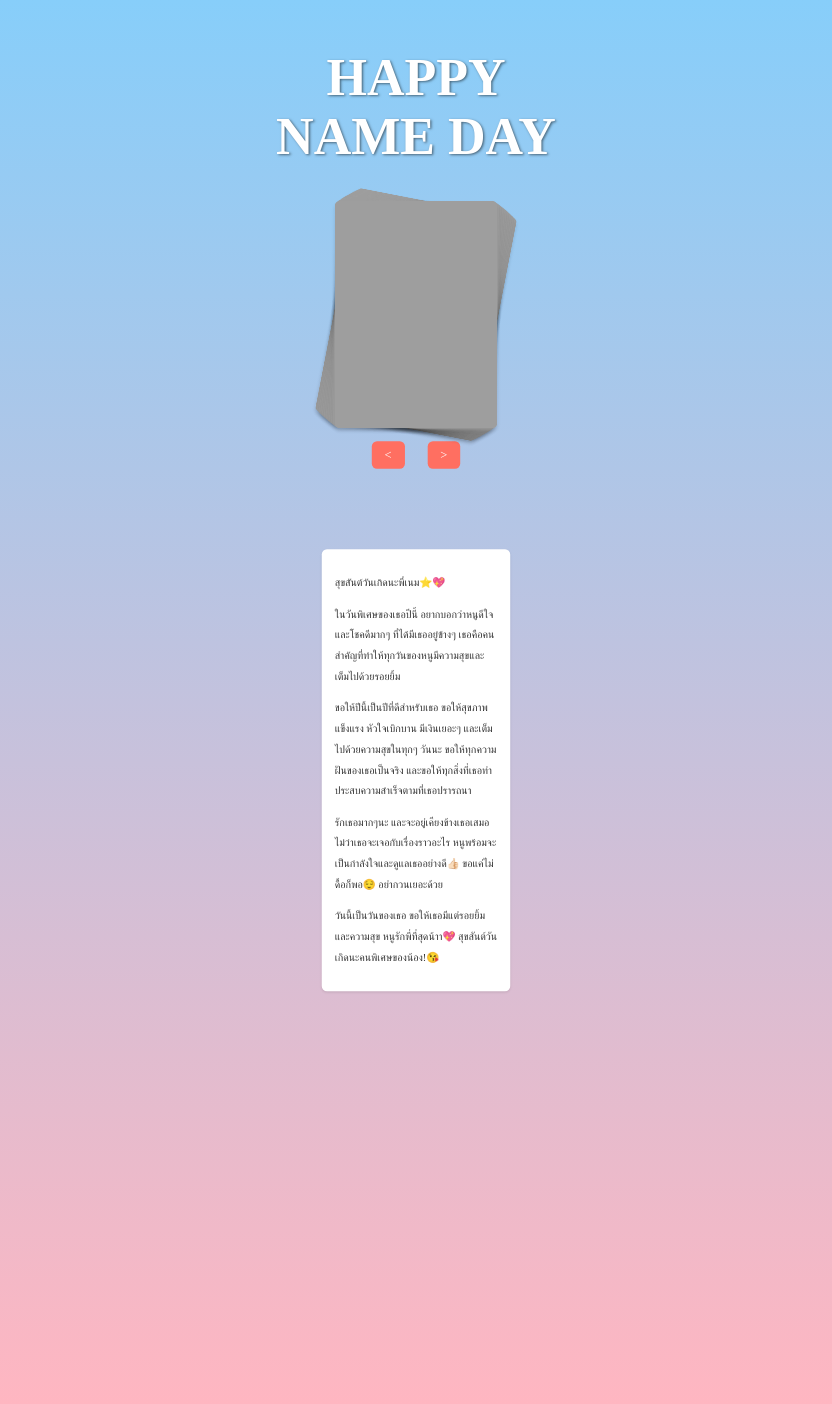
Repository: naps00/BIRTHDAY
Page: /details
The author's editor kept a copy of each file at every save. The page is drawn from the files as they stood at one save, then again after the next save.
The browser window is 1280 px wide. The pictures show the whole page, at 65% of full size.
Pictures or frames that could not be fetched are drawn as grey boxes. The project was rebuilt for these pictures with package versions that can differ from the ones it lists, and the page was loaded fresh each time.

Above is the page before, as saved 2024-12-12 20:21:13.

### src/App.js
import React, { useState } from 'react';
import { BrowserRouter as Router, Route, Routes, Link } from 'react-router-dom';
import './App.css';
import Details from './details.js'; // นำเข้า Details.js

function Home() {
  const [showModal, setShowModal] = useState(false);

  // เมื่อวีดีโอจบ ให้แสดง modal
  const handleVideoEnd = () => {
    setShowModal(true);
  };

  return (
    <div className="App">
      <div className="container">
        <div className="text-section" style={{ flex: 1, display: 'flex', flexDirection: 'column', justifyContent: 'center', alignItems: 'center', textAlign: 'center', height: '100vh', color: 'black', fontSize: 'calc(3vw + 0vh)', fontWeight: 'bold' }}>
          <h2>HAPPY BIRTHDAY !!</h2>
          <p>MY LOVE ♡ </p>
          <img src="https://img2.pic.in.th/pic/fc8c0bdfae313c2ffd700a21b05915d6-removebg-preview.png" alt="Happy Birthday Decoration" style={{width: '200px', height: '200PX' }} />
        </div>

        <div className="video-section">
          <video
            className="video-player"
            controls
            onEnded={handleVideoEnd}
          >
            <source src="https://v1.pinimg.com/videos/mc/720p/3d/2a/3c/3d2a3ca4078af4f14258938781ed5f8e.mp4" type="video/mp4" />
            Your browser does not support the video tag.
          </video>
        </div>
      </div>

      {/* Modal */}
      {showModal && (
        <div className="modal-backdrop">
          <div className="modal-content">
            <h2>Are you ready?</h2>
            {/* เปลี่ยนปุ่ม "ปิด" ให้เป็นลิงค์ไปยังหน้า /details */}
            <Link to="/details">
              <button className="pulse">GO !!</button>
            </Link>
          </div>
        </div>
      )}

      {/* เพิ่มอิโมจิที่วิ้งๆ */}
      <div className="emoji">🌟</div>
      <div className="emoji2">✨</div>
      <div className="emoji3">💕</div>

    </div>
  );
}

function App() {
  return (
    <Router>
      <Routes>
        <Route path="/" element={<Home />} />
        <Route path="/details" element={<Details />} /> {/* เพิ่มเส้นทางสำหรับหน้า /details */}
      </Routes>
    </Router>
  );
}

export default App;

### src/App.css
/* การจัด layout ของแอปพลิเคชัน */
.App {
  background-color: white;
  min-height: 100vh;
  display: flex;
  justify-content: center;
  align-items: center;
}

/* ส่วนที่ใช้จัด layout */
.container {
  display: flex;
  flex-direction: row; /* แบ่งพื้นที่ออกเป็น 2 ส่วน */
  width: 100%;
  height: 100vh;
}

/* ส่วนข้อความ */
.text-section {
  flex: 1;
  display: flex;
  flex-direction: column;
  justify-content: center;
  align-items: center;
  padding: 20px;
  background-color: #f9f9f9;
}

.text-section h1 {
  margin-bottom: 20px;
}

/* ส่วนวีดีโอ */
.video-section {
  flex: 1;
  display: flex;
  justify-content: center;
  align-items: center;
  background-color: #000;
}

.video-player {
  width: 100%; /* ให้วีดีโอเต็มความกว้าง */
  height: 100%; /* ให้วีดีโอเต็มความสูง */
  object-fit: cover; /* ปรับวีดีโอให้เต็มพื้นที่โดยไม่เสียสัดส่วน */

/* การแสดง modal */
}
.modal-backdrop {
  position: fixed;
  top: 0;
  left: 0;
  width: 100%;
  height: 100%;
  background: rgba(0, 0, 0, 0.7);
  display: flex;
  justify-content: center;
  align-items: center;
  z-index: 100; /* ทำให้ modal อยู่เหนือสิ่งอื่น */
  animation: fadeInPop 0.5s ease-out;
}

/* เพิ่ม z-index ให้ modal-content */
.modal-content {
  background: white;
  padding: 20px;
  border-radius: 10px;
  text-align: center;
  box-shadow: 0 2px 10px rgba(0, 0, 0, 0.3);
  animation: slideUp 0.3s ease-out;
  z-index: 101; /* ทำให้เนื้อหาของ modal อยู่เหนือ backdrop */
}

/* การแอนิเมชัน fade-in และ pop-up สำหรับ modal backdrop */
@keyframes fadeInPop {
  0% {
    opacity: 0;
    transform: scale(0.8);
  }
  100% {
    opacity: 1;
    transform: scale(1);
  }
}

body {
  font-family: 'Coiny', cursive;
  margin: 0;
  padding: 0;
  box-sizing: border-box;
  background-color: #fef9ef;
  color: #333;
}

h1, h2, p {
  font-family: 'Coiny', cursive; /* ฟอนต์ใหม่สำหรับข้อความ */
}

button {
  font-family: 'Coiny', cursive;
  font-size: 1.2rem;
  background-color: #ff6f61;
  color: #fff;
  padding: 10px 20px;
  border: none;
  border-radius: 8px;
  cursor: pointer;
  transition: background-color 0.3s ease, transform 0.3s ease;
}

button:hover {
  background-color: #ff3d3d;
  transform: scale(1.1);
}

/* การแอนิเมชัน slide-up สำหรับ modal content */
@keyframes slideUp {
  0% {
    transform: translateY(20px);
    opacity: 0;
  }
  100% {
    transform: translateY(0);
    opacity: 1;
  }
}

.modal-content h2 {
  margin-bottom: 20px;
}

.modal-content button {
  padding: 10px 20px;
  background-color: #007bff;
  color: white;
  border: none;
  border-radius: 5px;
  cursor: pointer;
  transition: transform 0.3s ease, background-color 0.3s ease;
}

/* เอฟเฟกต์เมื่อ hover ปุ่ม */
.modal-content button:hover {
  background-color: #0056b3;
  transform: scale(1.1); /* ขยายขนาดปุ่มเมื่อ hover */
}

/* เอฟเฟกต์การเต้นของปุ่ม */
@keyframes pulse {
  0% {
    transform: scale(1);
    opacity: 1;
  }
  50% {
    transform: scale(1.1);
    opacity: 0.8;
  }
  100% {
    transform: scale(1);
    opacity: 1;
  }
}

.pulse {
  animation: pulse 1.5s infinite;
}

/* อิโมจิวิ้งๆ */
.emoji {
  position: fixed;
  top: 30%;
  right: 50%;
  font-size: 30px;
  animation: smoothBounce 1.4s infinite;
  z-index: 50; /* ทำให้ไอคอนอิโมจิอยู่ใต้ modal */
}
.emoji2 {
  position: fixed;
  top: 18%;
  right: 97%;
  font-size: 30px;
  animation: smoothBounce 1.5s infinite;
  z-index: 50; /* ทำให้ไอคอนอิโมจิอยู่ใต้ modal */
}
.emoji3 {
  position: fixed;
  top: 63%;
  right: 65%;
  font-size: 50px;
  animation: smoothBounce 3s infinite;
  z-index: 50; /* ทำให้ไอคอนอิโมจิอยู่ใต้ modal */
}
/* การกระพิบ */
/* @keyframes fadeInOut {
  0%, 100% {
    opacity: 0;
  }
  50% {
    opacity: 1;
  }
}

.fade {
  animation: fadeInOut 1s infinite;
} */

/* การแอนิเมชันวิ้ง */
@keyframes smoothBounce {
  0%, 100% {
    transform: translateY(0);
    opacity: 1;
  }
  25% {
    transform: translateY(-1px);
    opacity: 1;
  }
  50% {
    transform: translateY(-1px);
    opacity: 1;
  }
  75% {
    transform: translateY(5px);
    opacity: 1;
  }
}


/* การแอนิเมชัน zoom-in */
@keyframes zoomIn {
  0% {
    transform: scale(0.8);
    opacity: 0;
  }
  100% {
    transform: scale(1);
    opacity: 1;
  }
}

.zoom-in {
  animation: zoomIn 0.4s ease-out;
}

/* เอฟเฟกต์ fade-in สำหรับเนื้อหาที่โหลด */
.fade-in {
  opacity: 0;
  animation: fadeIn 1s forwards;
}

@keyframes fadeIn {
  from {
    opacity: 0;
  }
  to {
    opacity: 1;
  }
}

### src/details.js
import React, { useState } from 'react';
import { useSwipeable } from 'react-swipeable'; // นำเข้า useSwipeable
import './details.css';

function Details() {
  const images = [
    "https://img2.pic.in.th/pic/C14EEE1A-1C6E-4778-85B7-4833D53D43EB.jpeg",
    "https://img5.pic.in.th/file/secure-sv1/618E6171-BADE-42BC-A018-2EA60935F70F.jpeg",
    "https://img5.pic.in.th/file/secure-sv1/IMG_448429fe121e41b2f430.jpeg",
    "https://img5.pic.in.th/file/secure-sv1/IMG_64786800a538a371f8ae.jpeg",
    "https://img2.pic.in.th/pic/IMG_18254b9a0e0ef262515a.jpeg",
    "https://img2.pic.in.th/pic/IMG_750821c6a0b5848c84f8.jpeg",
    "https://img2.pic.in.th/pic/IMG_217360495c125ab56c81.jpeg",
    "https://img5.pic.in.th/file/secure-sv1/IMG_79057ffcc3e4b6cb96bc.jpeg",
    "https://img2.pic.in.th/pic/IMG_7834161695a4292d3799.jpeg",
    "https://img5.pic.in.th/file/secure-sv1/IMG_7833a600a5964cb97987.jpeg",
    "https://img5.pic.in.th/file/secure-sv1/IMG_7669dbd275c5d25b60ea.jpeg",
    "https://img2.pic.in.th/pic/IMG_791818c257fcaec84a84.jpeg"
  ];

  const [currentIndex, setCurrentIndex] = useState(0);

  const handlers = useSwipeable({
    onSwipedLeft: () => handleNext(),
    onSwipedRight: () => handlePrev(),
    preventDefaultTouchmoveEvent: true,
    trackMouse: true
  });

  const handleNext = () => {
    setCurrentIndex((currentIndex + 1) % images.length);
  };

  const handlePrev = () => {
    setCurrentIndex((currentIndex - 1 + images.length) % images.length);
  };

  return (
    <div className="details-page" style={{ overflowY: 'auto', maxHeight: '100vh', padding: '20px' }}>
      <div className="header-text" style={{ textAlign: 'center' }}>
        <h1>HAPPY <br /> NAME DAY</h1>
      </div>

      <div className="card-stack" {...handlers} style={{ position: 'relative', height: '350px', marginBottom: '20px' }}>
        {images.map((src, index) => {
          const zIndex = images.length - Math.abs(currentIndex - index);
          const rotation = (index - currentIndex) * 1; // การหมุนภาพ
          const offset = (index - currentIndex) * 0; // ระยะเลื่อน

          return (
            <img
              key={index}
              src={src}
              alt={`Slide ${index + 1}`}
              className="card"
              style={{
                zIndex: zIndex,
                position: 'absolute',
                left: '50%',
                top: '50%',
                transform: `translate(-50%, -50%) rotate(${rotation}deg)`,
                marginTop: `${offset}px`,
                width: '250px',
                height: '350px',
                borderRadius: '8px',
                boxShadow: '0 4px 6px rgba(0, 0, 0, 0.1)',
              }}
            />
          );
        })}
      </div>

      <div className="controls" style={{ textAlign: 'center', marginTop: '0px' }}>
        <button onClick={handlePrev} style={{ margin: '0 10px', padding: '10px 20px' }}>
          &lt;
        </button>
        <button onClick={handleNext} style={{ margin: '0 10px', padding: '10px 20px' }}>
          &gt;
        </button>
      </div>
      <div
        className="card-message"
        style={{
          margin: '10%',
          width: '100%',
          maxWidth: '250px',
          padding: '20px',
          borderRadius: '8px',
          backgroundColor: '#fff',
          boxShadow: '0 2px 4px rgba(0, 0, 0, 0.1)',
          textAlign: 'left',
          fontSize: '16px',
          lineHeight: '2',
          whiteSpace: 'pre-line',
        }}
      >
  <p>สุขสันต์วันเกิดนะพี่เนม⭐️💖</p>

  <p>
      ในวันพิเศษของเธอปีนี้ อยากบอกว่าหนูดีใจและโชคดีมากๆ ที่ได้มีเธออยู่ข้างๆ
    เธอคือคนสำคัญที่ทำให้ทุกวันของหนูมีความสุขและเต็มไปด้วยรอยยิ้ม
  </p>

  <p>
      ขอให้ปีนี้เป็นปีที่ดีสำหรับเธอ ขอให้สุขภาพแข็งแรง หัวใจเบิกบาน
    มีเงินเยอะๆ และเต็มไปด้วยความสุขในทุกๆ วันนะ ขอให้ทุกความฝันของเธอเป็นจริง
    และขอให้ทุกสิ่งที่เธอทำประสบความสำเร็จตามที่เธอปรารถนา
  </p>

  <p>
      รักเธอมากๆนะ และจะอยู่เคียงข้างเธอเสมอ ไม่ว่าเธอจะเจอกับเรื่องราวอะไร
    หนูพร้อมจะเป็นกำลังใจและดูแลเธออย่างดี👍🏻 ขอแค่ไม่ดื้อก็พอ😌 อย่ากวนเยอะด้วย
  </p>

  <p>
      วันนี้เป็นวันของเธอ ขอให้เธอมีแต่รอยยิ้มและความสุข หนูรักพี่ที่สุดน้าา💖
    สุขสันต์วันเกิดนะคนพิเศษของน้อง!😘
  </p>


      </div>


      <audio autoPlay loop>
        <source src="https://www.soundhelix.com/examples/mp3/SoundHelix-Song-1.mp3" type="audio/mp3" />
        Your browser does not support the audio element.
      </audio>
    </div>
  );
}

export default Details;

### src/details.css
.details-page {
  display: flex;
  flex-direction: column;
  align-items: center;
  justify-content: flex-start;
  min-height: 300vh; /* กำหนดความสูงขั้นต่ำ */
  background: linear-gradient(to bottom, #87CEFA, #FFB6C1);
  padding: 40px; /* เพิ่มระยะห่างจากขอบ */
  overflow-y: auto; /* ให้เลื่อนแนวตั้งได้ */
  box-sizing: border-box;
}

.card-stack {
  position: relative;
  width: 100%; /* ใช้พื้นที่เต็มความกว้าง */
  max-width: 400px; /* จำกัดขนาดความกว้าง */
  display: flex;
  flex-direction: column; /* จัดเรียงแนวตั้ง */
  align-items: center;
  gap: 20px; /* ระยะห่างระหว่างแต่ละรูป */
}
.header-text {
  text-align: center;
  color: white;
  text-shadow: 2px 2px 4px rgba(0, 0, 0, 0.5);
  font-size: 2.5rem;
}
.card {
  width: 200px; /* เพิ่มขนาดความกว้าง */
  height: 300px; /* เพิ่มขนาดความสูง */
  border-radius: 10px;
  box-shadow: 0 4px 8px rgba(0, 0, 0, 0.2);
}
.text-box {
  margin-top: 30px;
  padding: 20px;
  width: 100%;
  max-width: 500px;
  background: #ffffff;
  border: 1px solid #ddd;
  border-radius: 10px;
  box-shadow: 0 4px 8px rgba(0, 0, 0, 0.1);
  text-align: left; /* จัดข้อความให้อยู่ทางซ้าย */
  font-size: 16px; /* ขนาดข้อความ */
  line-height: 1.8; /* ระยะระหว่างบรรทัด */
  color: #333; /* สีตัวอักษร */
  white-space: pre-line; /* รองรับข้อความหลายบรรทัด */
}

.controls {
  margin-top: 10px; /* ระยะห่างระหว่างปุ่มกับข้อความ */
  display: flex;
  justify-content: center;
  gap: 15px; /* เพิ่มระยะห่างระหว่างปุ่ม */
}
.card-message p {
  margin-bottom: 1em; /* เพิ่มระยะห่างระหว่างย่อหน้า */
}

Loaded but not shown: public/index.html (common file); src/index.js (common file); src/index.css (common file); src/reportWebVitals.js (common file)

After the next save:
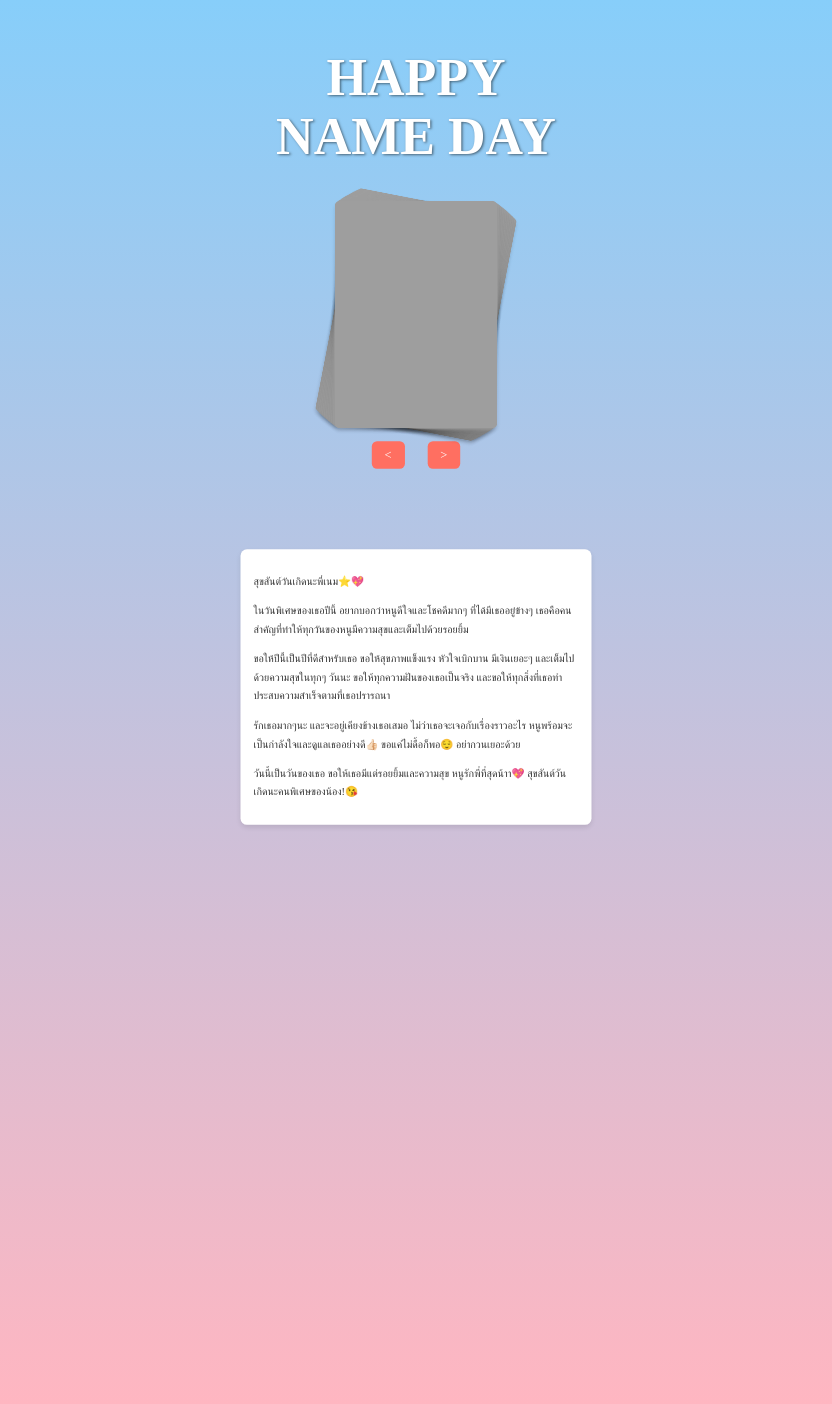
Saved 83 s later.
--- a/src/details.js
+++ b/src/details.js
@@ -82,16 +82,17 @@
         className="card-message"
         style={{
           margin: '10%',
-          width: '100%',
-          maxWidth: '250px',
-          padding: '20px',
-          borderRadius: '8px',
-          backgroundColor: '#fff',
-          boxShadow: '0 2px 4px rgba(0, 0, 0, 0.1)',
-          textAlign: 'left',
-          fontSize: '16px',
-          lineHeight: '2',
-          whiteSpace: 'pre-line',
+    width: '100%',
+    maxWidth: '500px',
+    padding: '20px',
+    borderRadius: '10px',
+    backgroundColor: '#fff',
+    boxShadow: '0 4px 8px rgba(0, 0, 0, 0.1)',
+    textAlign: 'left',
+    fontSize: '16px',
+    lineHeight: '1.8',
+    color: '#333',
+    whiteSpace: 'pre-line',
         }}
       >
   <p>สุขสันต์วันเกิดนะพี่เนม⭐️💖</p>

After the save that followed:
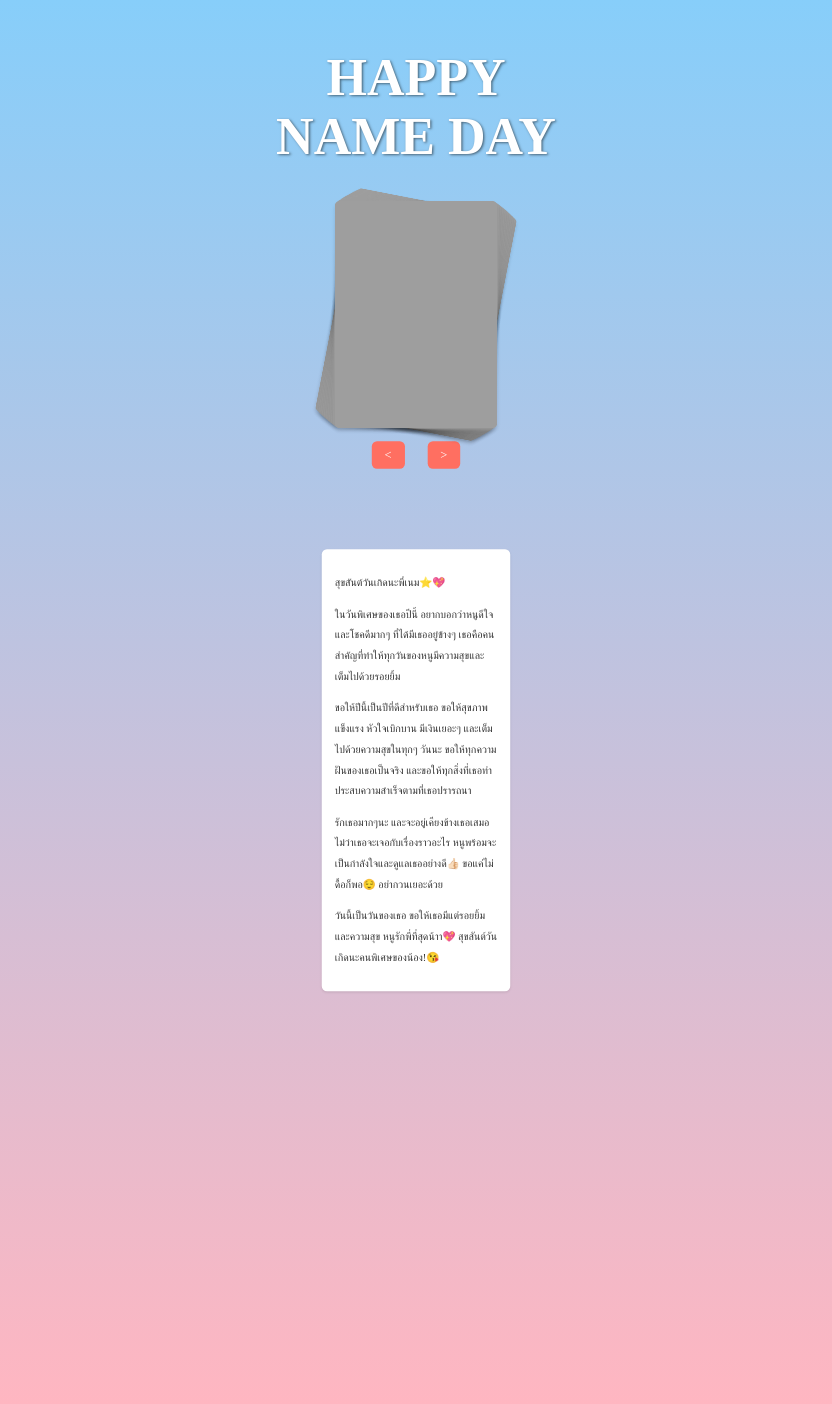
Saved 33 s later.
--- a/src/details.js
+++ b/src/details.js
@@ -82,23 +82,23 @@
         className="card-message"
         style={{
           margin: '10%',
-    width: '100%',
-    maxWidth: '500px',
-    padding: '20px',
-    borderRadius: '10px',
-    backgroundColor: '#fff',
-    boxShadow: '0 4px 8px rgba(0, 0, 0, 0.1)',
-    textAlign: 'left',
-    fontSize: '16px',
-    lineHeight: '1.8',
-    color: '#333',
-    whiteSpace: 'pre-line',
+          width: '100%',
+          maxWidth: '250px',
+          padding: '20px',
+          borderRadius: '8px',
+          backgroundColor: '#fff',
+          boxShadow: '0 2px 4px rgba(0, 0, 0, 0.1)',
+          textAlign: 'left',
+          fontSize: '16px',
+          lineHeight: '2',
+          whiteSpace: 'pre-line',
+
         }}
       >
   <p>สุขสันต์วันเกิดนะพี่เนม⭐️💖</p>
 
   <p>
-      ในวันพิเศษของเธอปีนี้ อยากบอกว่าหนูดีใจและโชคดีมากๆ ที่ได้มีเธออยู่ข้างๆ
+       ในวันพิเศษของเธอปีนี้ อยากบอกว่าหนูดีใจและโชคดีมากๆ ที่ได้มีเธออยู่ข้างๆ
     เธอคือคนสำคัญที่ทำให้ทุกวันของหนูมีความสุขและเต็มไปด้วยรอยยิ้ม
   </p>
 
